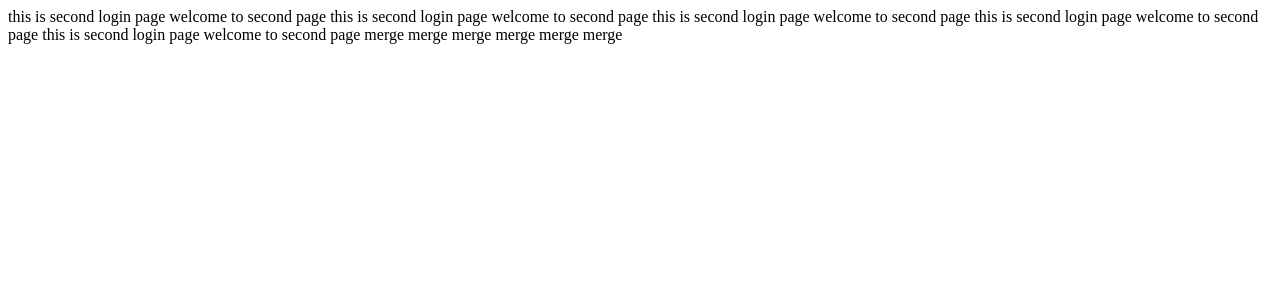
Repository: manoj-991/geeky_16
Page: login2.html
An editor plug-in stored every save of this project. The page is shown before and after a run of saves, followed by the edit.
The browser window is 1280 px wide. The pictures show the whole page.

Above is the page before, as saved 2026-04-24 11:45:02.

After the next 2 saves:
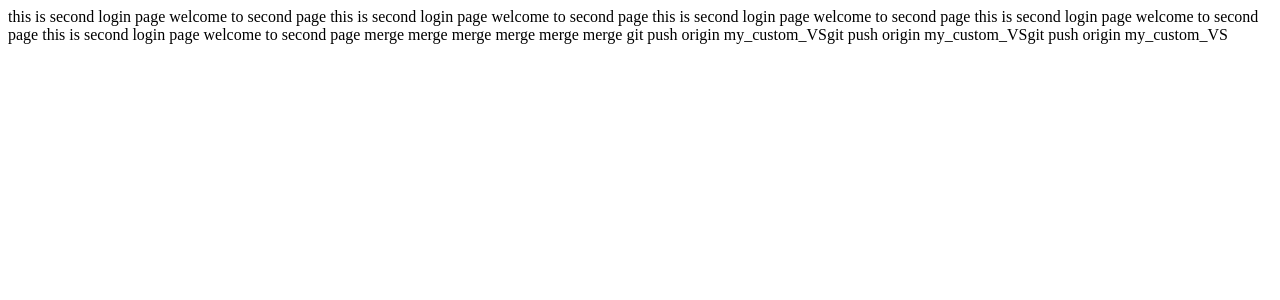
The 2 saves are shown as one change because they came seconds apart.
The last was saved 13 min 38 s later.
--- a/login2.html
+++ b/login2.html
@@ -10,3 +10,4 @@
 welcome to second page
 merge merge merge
 merge merge merge
+git push origin my_custom_VSgit push origin my_custom_VSgit push origin my_custom_VS
